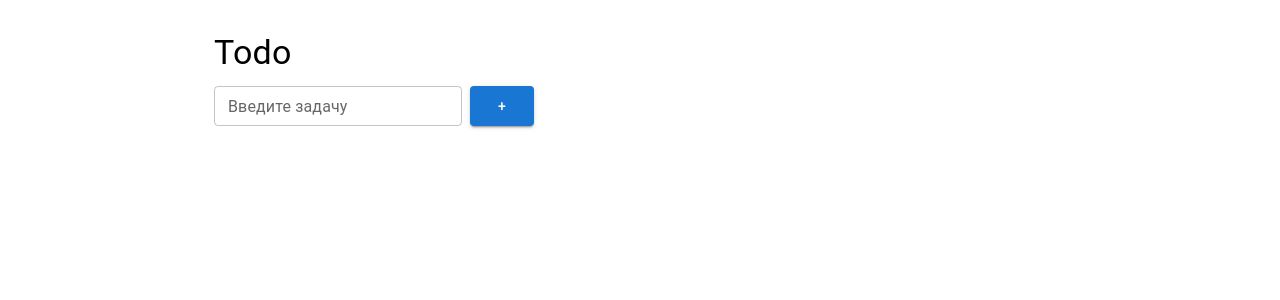
Repository: Burnmyheart/todo-app
Page: /
An editor plug-in stored every save of this project. The page is shown before and after the next save, followed by the edit.
The browser window is 1280 px wide. The pictures show the whole page.
The project was rebuilt for these pictures with package versions that can differ from the ones it lists, and the page was loaded fresh each time. Also part of the build but not shown: vite.config.ts, src/components/TodoItem/TodoItem.tsx, src/components/TodoList/TodoList.tsx.

Above is the page before, as saved 2025-09-20 02:03:20.

### src/index.css
/* Сброс браузерных стилей */
* {
  margin: 0;
  padding: 0;
  box-sizing: border-box;
}

html, body, #root {
  width: 100%;
  height: 100%;
  font-family: system-ui, -apple-system, BlinkMacSystemFont, "Segoe UI", Roboto, Helvetica, Arial, sans-serif;
  background-color: #fff;
  color: #000;
}


a {
  color: inherit;
  text-decoration: none;
}


button {
  font-family: inherit;
  font-size: 1rem;
  cursor: pointer;
  border: none;
  background: none;
}


h1, h2, h3, h4, h5, h6 {
  font-weight: 600;
}

### src/App.tsx
import React, { useState, useEffect } from "react";
import AddTodo from "./components/AddTodo/AddTodo";
import TodoList from "./components/TodoList/TodoList";
import { saveGroups, loadGroups } from "./utils/localStorage";
import type { TodoGroup } from "./types";
import { Container, Typography, Stack } from "@mui/material";

const App: React.FC = () => {
  const [groups, setGroups] = useState<TodoGroup[]>([]);

  useEffect(() => {
    setGroups(loadGroups());
  }, []);

  useEffect(() => {
    saveGroups(groups);
  }, [groups]);

  const addGroup = (title: string) => {
    if (!title.trim()) return;
    const newGroup: TodoGroup = {
      id: Date.now(),
      title,
      tasks: [],
      createdAt: new Date(),
    };
    setGroups((prev) => [...prev, newGroup]);
  };

  const updateGroup = (updated: TodoGroup) => {
    setGroups((prev) =>
      prev.map((group) => (group.id === updated.id ? updated : group))
    );
  };

  const moveGroup = (id: number, direction: "up" | "down") => {
    setGroups((prev) => {
      const idx = prev.findIndex((g) => g.id === id);
      if (idx === -1) return prev;

      const newGroups = [...prev];
      if (direction === "up" && idx > 0) {
        [newGroups[idx - 1], newGroups[idx]] = [newGroups[idx], newGroups[idx - 1]];
      }
      if (direction === "down" && idx < newGroups.length - 1) {
        [newGroups[idx + 1], newGroups[idx]] = [newGroups[idx], newGroups[idx + 1]];
      }
      return newGroups;
    });
  };

  return (
    <Container maxWidth="md" sx={{ py: 4 }}>
      <Typography variant="h4" gutterBottom>
        Todo
      </Typography>
      <AddTodo onAdd={addGroup} />
      <Stack spacing={2} mt={2}>
        {groups.map((group) => (
          <TodoList
            key={group.id}
            group={group}
            onUpdateGroup={updateGroup}
            onMoveGroup={moveGroup}
          />
        ))}
      </Stack>
    </Container>
  );
};

export default App;

### src/components/AddTodo/AddTodo.tsx
import React, { useState } from "react";
import { TextField, Button, Stack } from "@mui/material";

interface AddTodoProps {
  onAdd: (text: string) => void;
  placeholder?: string; // ✅ добавляем поддержку placeholder
}

const AddTodo: React.FC<AddTodoProps> = ({ onAdd, placeholder }) => {
  const [value, setValue] = useState("");
  const [error, setError] = useState(false);

  const handleAdd = () => {
    if (!value.trim()) {
      setError(true);
      return;
    }
    onAdd(value);
    setValue("");
    setError(false);
  };

  return (
    <Stack direction="row" spacing={1} sx={{ mt: 1, mb: 1 }}>
      <TextField
        value={value}
        onChange={(e) => {
          setValue(e.target.value);
          setError(false);
        }}
        size="small"
        label={placeholder || "Введите задачу"} // ✅ используем placeholder
        error={error}
        helperText={error ? "Поле не может быть пустым" : ""}
      />
      <Button variant="contained" onClick={handleAdd}>
        +
      </Button>
    </Stack>
  );
};

export default AddTodo;

### src/utils/localStorage.tsx
import type { TodoGroup } from "../types";

const GROUPS_KEY = "todoGroups";

export const saveGroups = (groups: TodoGroup[]) => {
  localStorage.setItem(GROUPS_KEY, JSON.stringify(groups));
};

export const loadGroups = (): TodoGroup[] => {
  const data = localStorage.getItem(GROUPS_KEY);
  return data ? JSON.parse(data) : [];
};

Loaded but not shown: index.html (common file); src/main.tsx (common file)

After the next save:
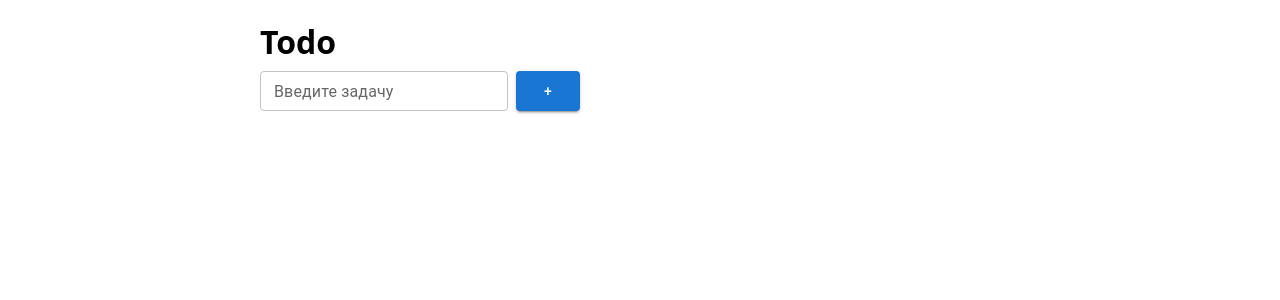
Saved 3 s later.
--- a/src/App.tsx
+++ b/src/App.tsx
@@ -3,7 +3,6 @@ import AddTodo from "./components/AddTodo/AddTodo";
 import TodoList from "./components/TodoList/TodoList";
 import { saveGroups, loadGroups } from "./utils/localStorage";
 import type { TodoGroup } from "./types";
-import { Container, Typography, Stack } from "@mui/material";
 
 const App: React.FC = () => {
   const [groups, setGroups] = useState<TodoGroup[]>([]);
@@ -17,7 +16,6 @@ const App: React.FC = () => {
   }, [groups]);
 
   const addGroup = (title: string) => {
-    if (!title.trim()) return;
     const newGroup: TodoGroup = {
       id: Date.now(),
       title,
@@ -33,39 +31,14 @@ const App: React.FC = () => {
     );
   };
 
-  const moveGroup = (id: number, direction: "up" | "down") => {
-    setGroups((prev) => {
-      const idx = prev.findIndex((g) => g.id === id);
-      if (idx === -1) return prev;
-
-      const newGroups = [...prev];
-      if (direction === "up" && idx > 0) {
-        [newGroups[idx - 1], newGroups[idx]] = [newGroups[idx], newGroups[idx - 1]];
-      }
-      if (direction === "down" && idx < newGroups.length - 1) {
-        [newGroups[idx + 1], newGroups[idx]] = [newGroups[idx], newGroups[idx + 1]];
-      }
-      return newGroups;
-    });
-  };
-
   return (
-    <Container maxWidth="md" sx={{ py: 4 }}>
-      <Typography variant="h4" gutterBottom>
-        Todo
-      </Typography>
+    <div style={{ padding: "20px", maxWidth: "800px", margin: "0 auto" }}>
+      <h1>Todo</h1>
       <AddTodo onAdd={addGroup} />
-      <Stack spacing={2} mt={2}>
-        {groups.map((group) => (
-          <TodoList
-            key={group.id}
-            group={group}
-            onUpdateGroup={updateGroup}
-            onMoveGroup={moveGroup}
-          />
-        ))}
-      </Stack>
-    </Container>
+      {groups.map((group) => (
+        <TodoList key={group.id} group={group} onUpdateGroup={updateGroup} />
+      ))}
+    </div>
   );
 };
 
